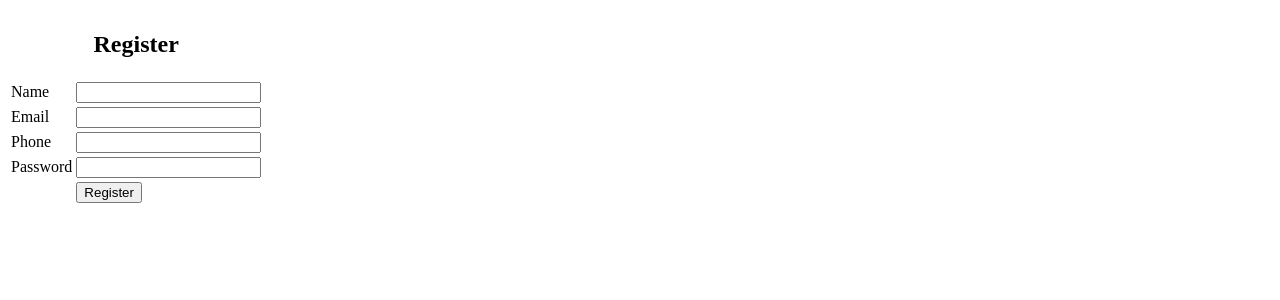
Repository: nguyenhung50497/MD3_templateStaticFile
Page: BT_xayDungChucNangThemNguoiDUng/views/register.html
The author's editor kept a copy of each file at every save. The page is drawn from the files as they stood at one save, then again after a run of saves.
The browser window is 1280 px wide. The pictures show the whole page.

Above is the page before, as saved 2022-12-14 13:30:14.

After the next 4 saves:
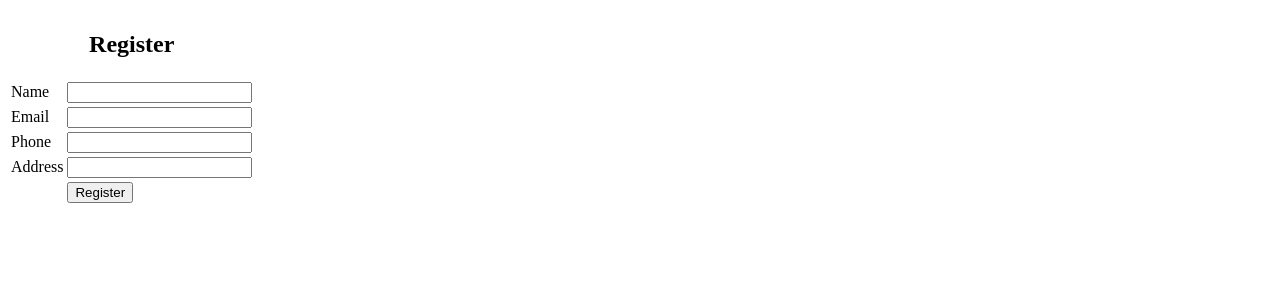
The 4 saves are shown as one change because they came seconds apart.
The last was saved 12 s later.
--- a/BT_xayDungChucNangThemNguoiDUng/views/register.html
+++ b/BT_xayDungChucNangThemNguoiDUng/views/register.html
@@ -25,7 +25,7 @@
             <td><input type="text" name="phone" required></td>
         </tr>
         <tr>
-            <td>Password</td>
+            <td>Address</td>
             <td><input type="text" name="password" required></td>
         </tr>
         <tr>
